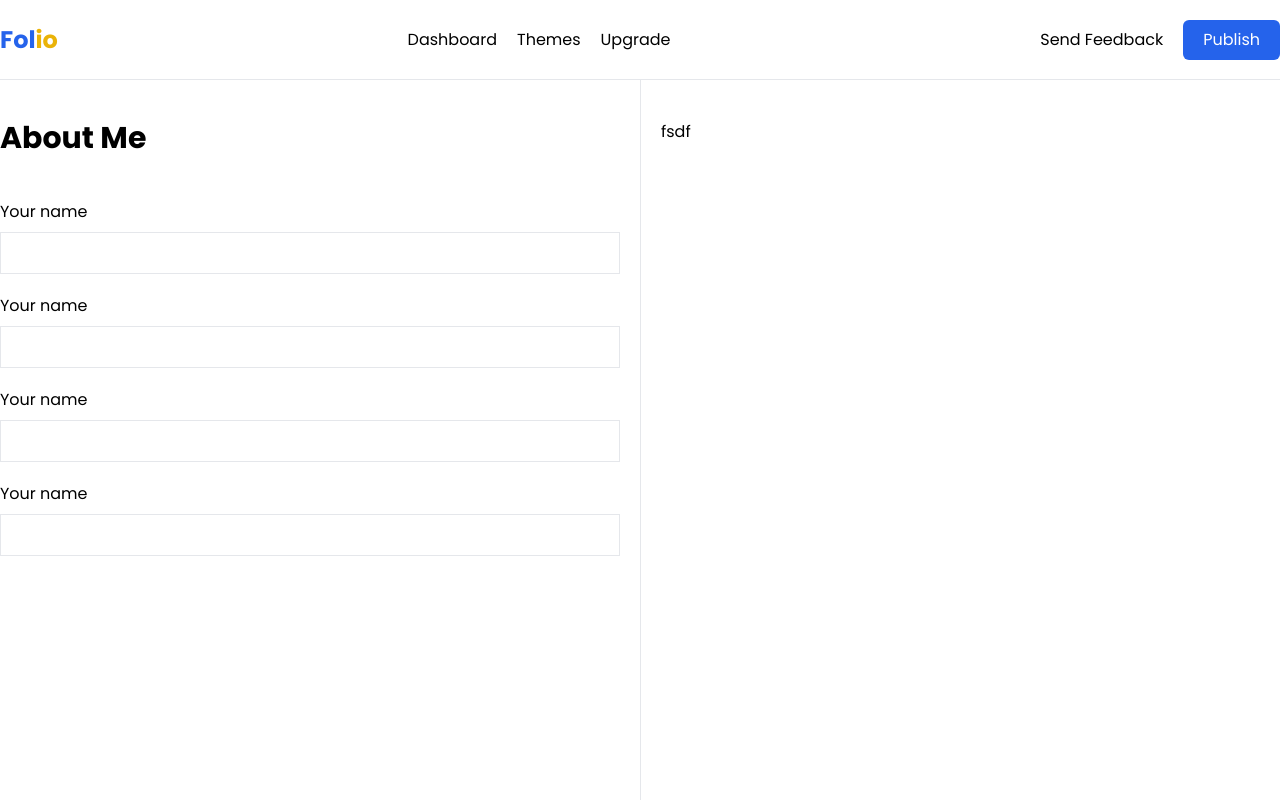
Repository: langford-dev/follio
Page: /
An editor plug-in stored every save of this project. The page is shown before and after the next save, followed by the edit.
The browser window is 1280 px wide. The pictures show the whole page.
The project was rebuilt for these pictures with package versions that can differ from the ones it lists, and the page was loaded fresh each time. The framework's server and built-in components were replaced by stand-ins that run in the browser. Also part of the build but not shown: next.config.js, components/pageView.js.

Above is the page before, as saved 2022-03-19 10:54:43.

After the next save:
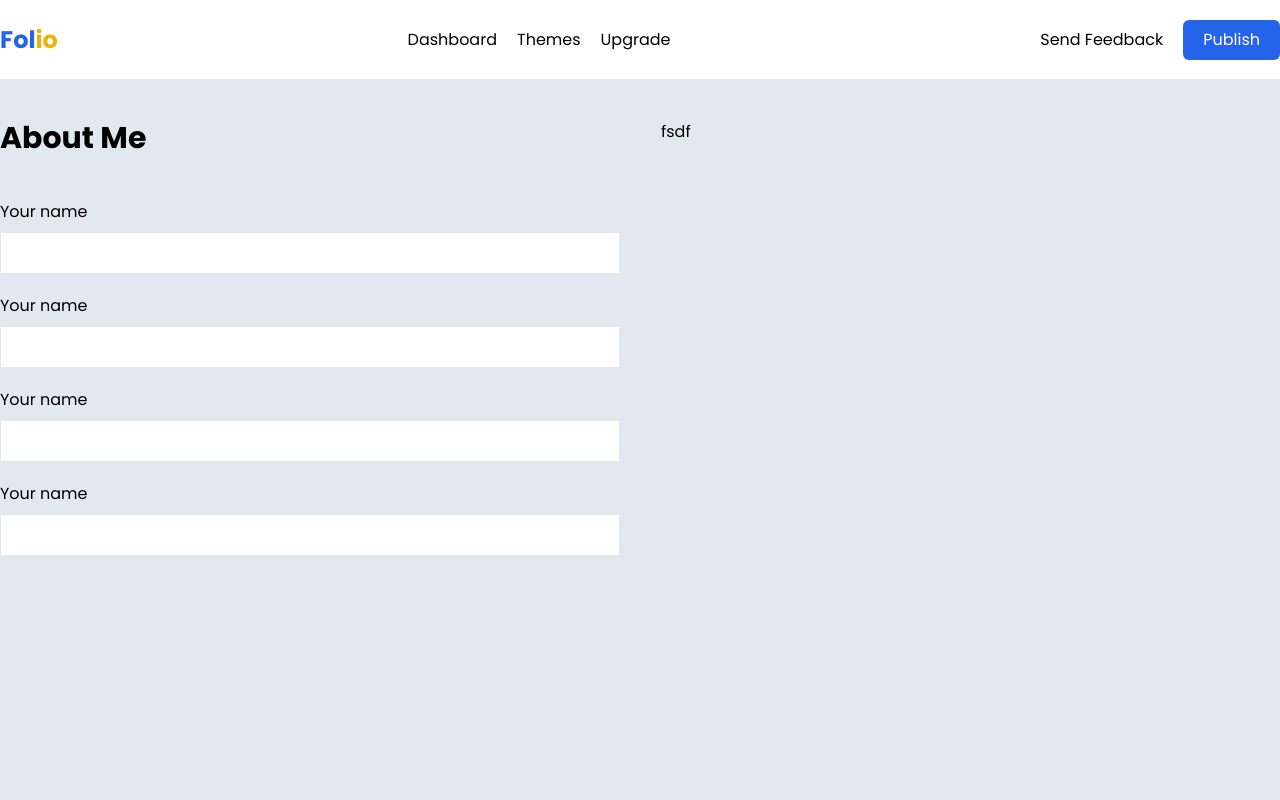
Saved 41 s later.
--- a/styles/globals.css
+++ b/styles/globals.css
@@ -7,7 +7,7 @@
 
 html,
 body {
-  /* background: #f1f1f188; */
+  background: #E2E8F0;
   padding: 0;
   margin: 0;
 }

After the 5 saves that followed:
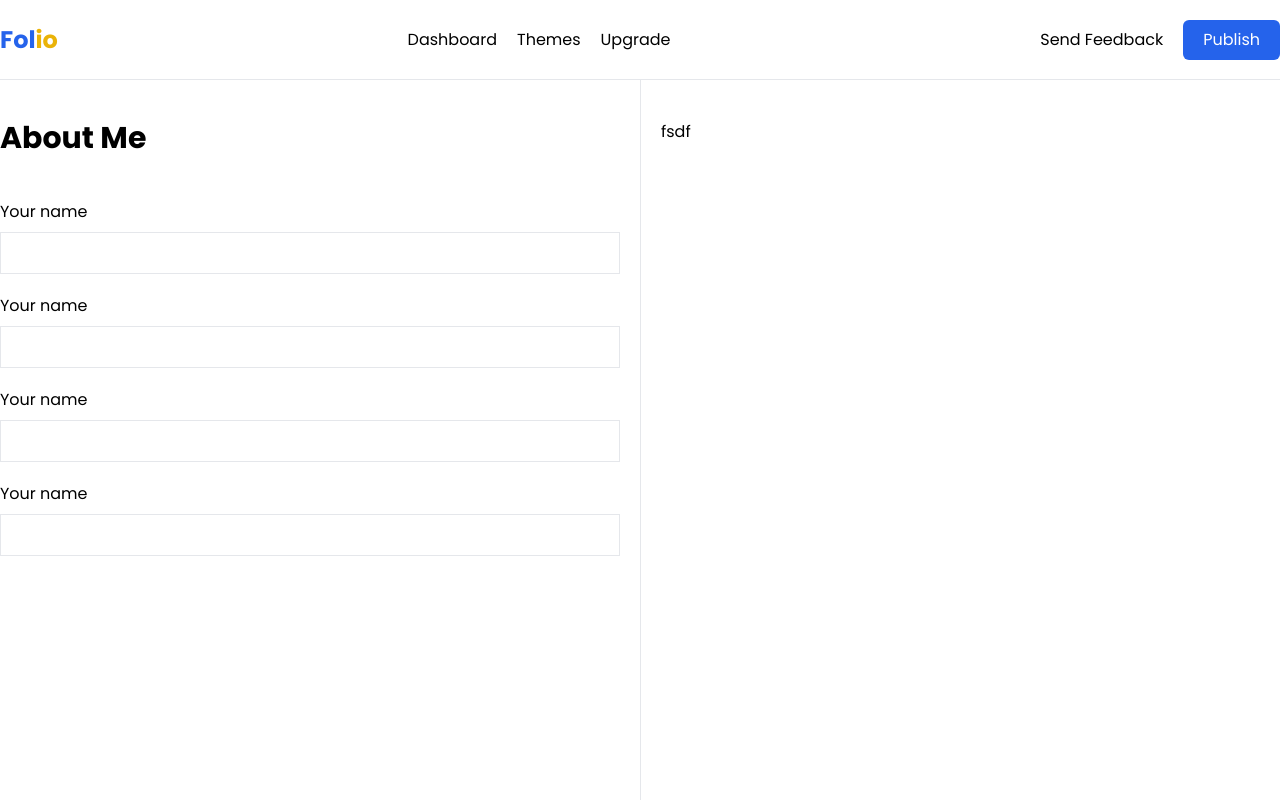
The 5 saves are shown as one change because they came seconds apart.
The last was saved 22 s later.
--- a/styles/globals.css
+++ b/styles/globals.css
@@ -7,7 +7,7 @@
 
 html,
 body {
-  background: #E2E8F0;
+  /* background: #e2e8f013; */
   padding: 0;
   margin: 0;
 }
